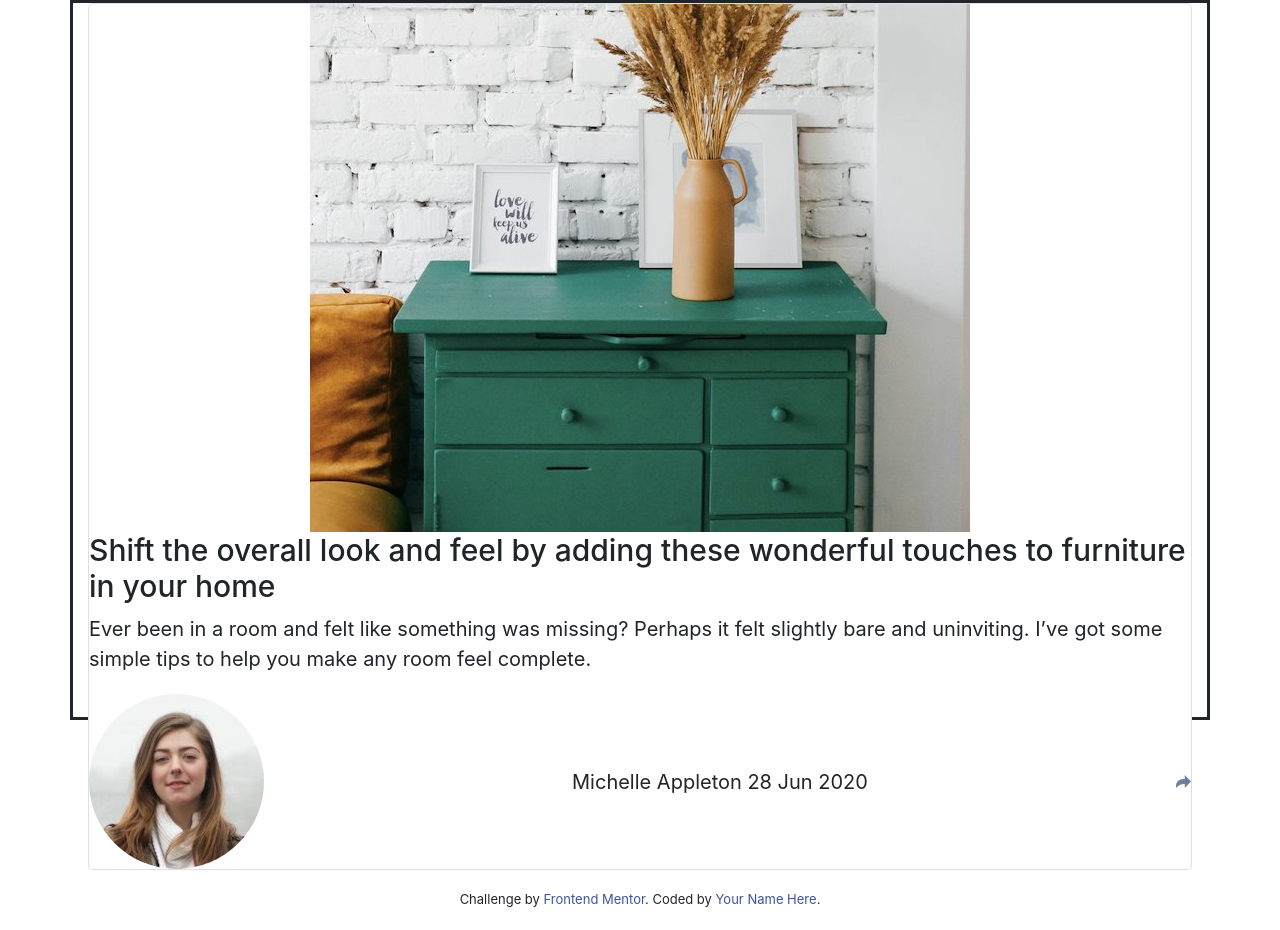
Repository: timiodulate/Article-Preview-Component
Page: index.html
The author's editor kept a copy of each file at every save. The page is drawn from the files as they stood at one save, then again after the next save.
The browser window is 1280 px wide. The pictures show the whole page.

Above is the page before, as saved 2020-07-11 11:30:41.

### index.html
<!DOCTYPE html>
<html lang="en">
<head>
  <meta charset="UTF-8">
  <meta name="viewport" content="width=device-width, initial-scale=1.0"> <!-- displays site properly based on user's device -->

  <link rel="icon" type="image/png" sizes="32x32" href="./images/favicon-32x32.png">

  <!-- Bootstrap -->
  <link rel="stylesheet" href="./css/bootstrap.min.css">

  <!-- Custom Style -->
  <link rel="stylesheet" href="./css/style.css">

  <title>Frontend Mentor | Article preview component</title>
</head>
<body>

  <div class="container d-flex flex-column justify-content-between align-items-center" style="border: solid;">

    <div class="cardContainer d-flex-column align-items-center card">

      <div class="imageContainer">

        <img src="./images/drawers.jpg" alt="" class="img-fluid">
      </div>

      <div class="textContainer ">
        <h4>
          Shift the overall look and feel by adding these wonderful
          touches to furniture in your home
        </h4>
        <p>
          Ever been in a room and felt like something was missing? Perhaps
          it felt slightly bare and uninviting. I’ve got some simple tips
          to help you make any room feel complete.
        </p>
        <div class="userDetails d-flex justify-content-between align-items-center">

          <img src="./images/avatar-michelle.jpg" alt="" class="rounded-circle img-fluid">
          <div class="nameDate">
            Michelle Appleton
            28 Jun 2020
          </div>
          <img src="./images/icon-share.svg" alt="">
        </div>
      </div>
    </div>
    <div class="attribution">
      Challenge by <a href="https://www.frontendmentor.io?ref=challenge" target="_blank">Frontend Mentor</a>.
      Coded by <a href="#">Your Name Here</a>.
    </div>
  </>

  <script src="https://code.jquery.com/jquery-3.5.1.slim.min.js" integrity="sha384-DfXdz2htPH0lsSSs5nCTpuj/zy4C+OGpamoFVy38MVBnE+IbbVYUew+OrCXaRkfj" crossorigin="anonymous"></script>
  <script src="./js/bootstrap.min.js"></script>
</body>
</html>

### css/style.css
@import url('http://fonts.googleapis.com/css?family=Raleway:400|Open+Sans:500');

/* Global Resets */
* {
    padding: 0;
    margin: 0;
    box-sizing: border-box;
}

html {
    font-size: 20px;

    /* font-family */
    --header: Raleway;
    --body: Open Sans;

    /* font-weight */
    --normal: 400;
    --bold: 700;

    /* color */
    --footer: hsl(243, 87%, 12%);
    --last-section: hsl(238, 22%, 44%);
    --button: hsl(224, 93%, 58%);
    --anchor: hsl(170, 45%, 43%);
    --card-bg: hsl(240, 75%, 98%);
    --placeholder: hsl(0, 0%, 75%);
    --text: white;
}

/* Dark mode */
/* html[data-theme = 'dark'] {

} */

body {
    height: 100vh;
    width: 100vw;
    /* background-image: url(../images/bg-intro-desktop.png); */
    /* background-color: var(--red); */
    /* background-blend-mode: screen; */
}

button {
    cursor: pointer;
    padding: 12px 50px;
    border: none;
    border-radius: .3rem;
    font-size: .7rem;
    font-family: var(--header), sans-serif;

    background-color: var(--button);
    color: white;
}

ul {
    list-style: none;
}

li {
    text-decoration: none;
}

a  {
    text-decoration: none;
}



/* header */
.container {
    width: 100%;
    height: 100%;
}

/* nav */



/* main */


/* section */



/* footer */
footer .footer-container {
    display: grid;
    grid-template-columns: repeat(4, 1fr);
    margin-bottom: 30px;
}
.attribution {
    font-size: 13px;
    text-align: center;
    /* color: var(--text); */
    padding: 20px;
}
.attribution a {
    color: hsl(228, 45%, 44%);
    text-decoration: none;
}



/* Media Queries - Responsiveness */
/* LG - Large Screen */
/* @media only screen and (max-width: 992px) {

} */

/* MD - Medium Screen */
/* @media only screen and (max-width: 765px) {
    body {
        justify-content: initial;
	height: fit-content;
    }

    footer .footer-container {
        grid-template-columns: 1fr;
        margin-bottom: 20px;
        row-gap: 15px;
    }

    .attribution {
        font-size: .6rem;
        padding: 20px 10px;
        color: white;
    }
} */

/* SM - Small Screen */
/* @media only screen and (max-width: 576px){

} */


/* @timiodulate css template */

Loaded but not shown: css/bootstrap.min.css (library); js/bootstrap.min.js (library)

After the next save:
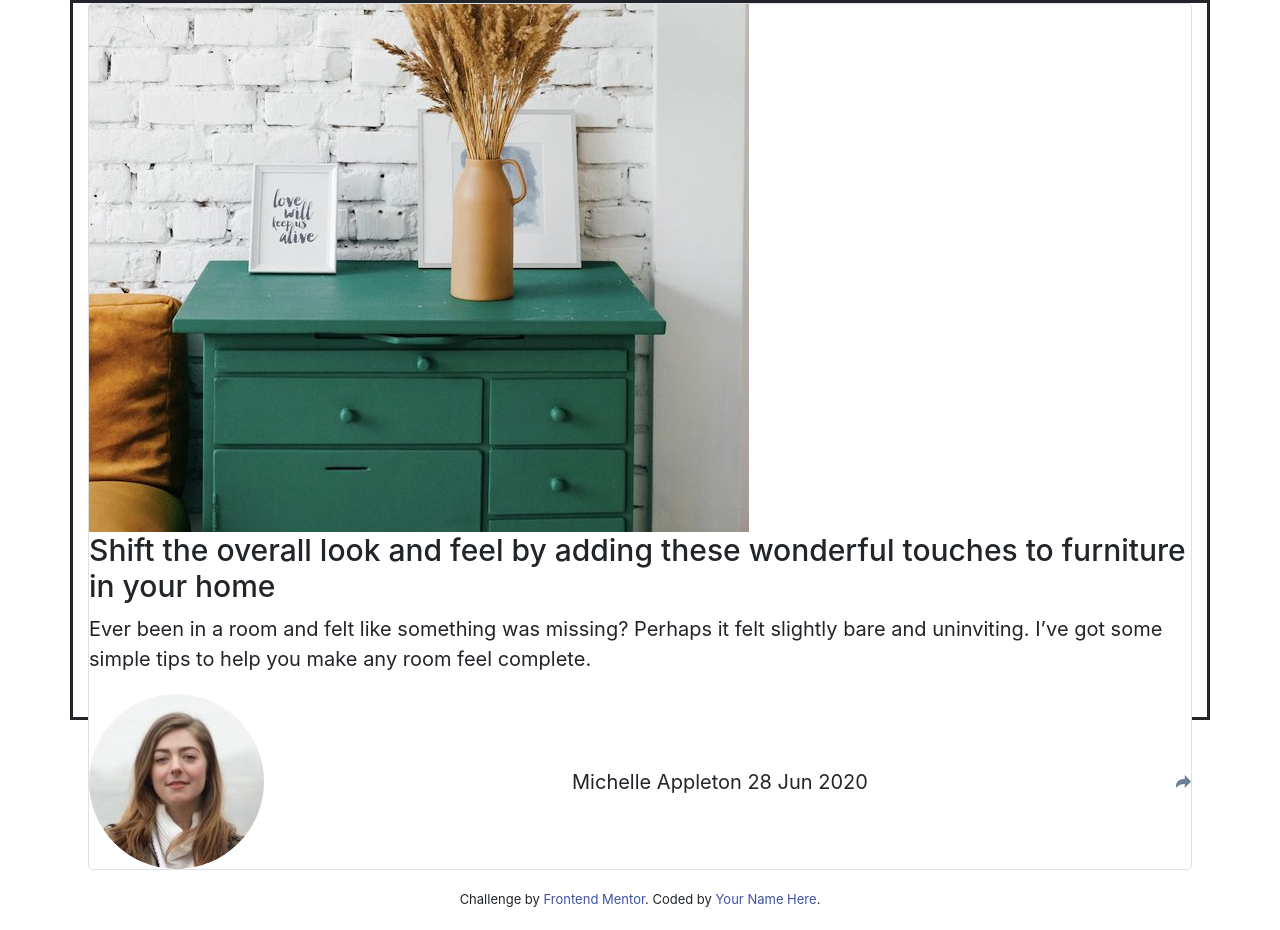
Saved 5 s later.
--- a/index.html
+++ b/index.html
@@ -18,7 +18,7 @@
 
   <div class="container d-flex flex-column justify-content-between align-items-center" style="border: solid;">
 
-    <div class="cardContainer d-flex-column align-items-center card">
+    <div class=" card">
 
       <div class="imageContainer">
 
